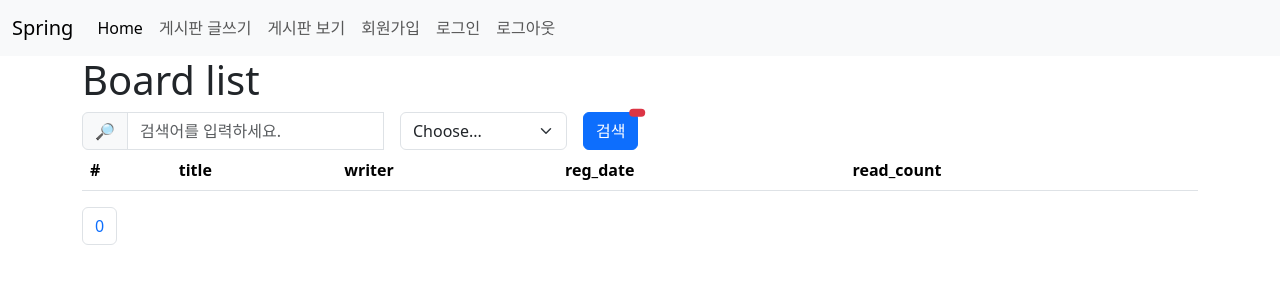
Repository: kimnoanoa/springTest240430
Page: http://localhost/spring_study/WEB-INF/views/board/list.jsp
An editor plug-in stored every save of this project. The page is shown before and after the next save, followed by the edit.
The browser window is 1280 px wide. The pictures show the whole page.
The page is served by Tomcat 9. Nobody is signed in. The template is opened directly, without the code that normally fills it, so the values that code supplies are empty.

Above is the page before, as saved 2024-04-25 03:45:19.

### spring_study/src/main/webapp/WEB-INF/views/board/list.jsp
<%@ page language="java" contentType="text/html; charset=UTF-8"
    pageEncoding="UTF-8"%>
  <%@ taglib uri="http://java.sun.com/jsp/jstl/core" prefix="c" %>

<jsp:include page="../layout/header.jsp"></jsp:include>
<div class="container-md">
	<h1>Board list</h1>
	<!-- 검색 -->
	<form action="/board/list" method="get" class="row row-cols-lg-auto g-3 align-items-center">
  <div class="col-12">
    <label class="visually-hidden" for="inlineFormInputGroupUsername">Username</label>
    <div class="input-group">
      <div class="input-group-text">🔎</div>
      <input type="text" value="${ph.pgvo.keyword}" name="keyword" class="form-control" id="inlineFormInputGroupUsername" placeholder="검색어를 입력하세요.">
      <input type="hidden" name="pageNo" value="1">
      <input type="hidden" name="qty" value="10">
    </div>
  </div>

  <div class="col-12">
    <label class="visually-hidden" for="inlineFormSelectPref">Preference</label>
    <select class="form-select" name="type" id="inlineFormSelectPref">
      <option ${ph.pgvo.type ==null? 'selected':'' } selected>Choose...</option>
      <option value="t" ${ph.pgvo.type eq 't'? 'selected':'' }>Title</option>
      <option value="w" ${ph.pgvo.type eq 'w'? 'selected':'' }>Writer</option>
      <option value="c" ${ph.pgvo.type eq 'c'? 'selected':'' }>Content</option>
      <option value="tc" ${ph.pgvo.type eq 'tc'? 'selected':'' }>title&Content</option>
      <option value="wc" ${ph.pgvo.type eq 'wc'? 'selected':'' }>writer&Content</option>
      <option value="tw" ${ph.pgvo.type eq 'tw'? 'selected':'' }>title&writer</option>
      <option value="twc" ${ph.pgvo.type eq 'twc'? 'selected':'' }>All</option>
    </select>
  </div>

  <div class="col-12">
    <button type="submit" class="btn btn-primary position-relative" >검색
  	<span class="position-absolute top-0 start-100 translate-middle badge rounded-pill bg-danger">
    ${ph.totalCount}
    <span class="visually-hidden">unread messages</span>
  </span>
</button>
    <!-- ${ph.totalCount} -->
  </div>
</form>

	<table class="table table-hover">
		<thead>
			<tr>
				<th>#</th>
				<th>title</th>
				<th>writer</th>
				<th>reg_date</th>
				<th>read_count</th>
			</tr>
		</thead>
		<tbody>
			<c:forEach items="${list }" var="bvo">
			<tr>
				<td>${bvo.bno }</td>
				<td><a href="/board/detail?bno=${bvo.bno}">${bvo.title }</a></td>
				<td>${bvo.writer }</td>
				<td>${bvo.reg_date }</td>
				<td>${bvo.read_count }</td>
			</tr>
			</c:forEach>
		</tbody>
	</table>

	<!-- 페이지네이션 -->
	<nav aria-label="Page navigation example">
  <ul class="pagination">
 	<c:if test="${ph.prev }">
    <li class="page-item">
      <a class="page-link" href="/board/list?pageNo=${ph.startPage-1 }&qty=${ph.pgvo.qty}&type=${ph.pgvo.type}&keyword=${ph.pgvo.keyword}" aria-label="Previous">
        <span aria-hidden="true">&laquo;</span>
      </a>
    </li>
 </c:if>
<c:forEach begin="${ph.startPage }" end="${ph.endPage }" var="i">
    <li class="page-item"><a class="page-link" href="/board/list?pageNo=${i }&qty=${ph.pgvo.qty}&type=${ph.pgvo.type}&keyword=${ph.pgvo.keyword}">${i }</a></li>
    </c:forEach>

	<c:if test="${ph.next }">
    <li class="page-item">
      <a class="page-link" href="/board/list?pageNo=${ph.endPage+1 }&qty=${ph.pgvo.qty}&type=${ph.pgvo.type}&keyword=${ph.pgvo.keyword}" aria-label="Next">
        <span aria-hidden="true">&raquo;</span>
      </a>
    </li>
    </c:if>
  </ul>
</nav>
</div>
<jsp:include page="../layout/footer.jsp"></jsp:include>

### spring_study/src/main/webapp/WEB-INF/views/layout/header.jsp
<%@ page language="java" contentType="text/html; charset=UTF-8"
    pageEncoding="UTF-8"%>
<!DOCTYPE html>
<html>
<head>
<meta charset="UTF-8">
<title>header.jsp</title>
</head>
<link href="https://cdn.jsdelivr.net/npm/bootstrap@5.3.3/dist/css/bootstrap.min.css" rel="stylesheet" integrity="sha384-QWTKZyjpPEjISv5WaRU9OFeRpok6YctnYmDr5pNlyT2bRjXh0JMhjY6hW+ALEwIH" crossorigin="anonymous">
<script src="https://cdn.jsdelivr.net/npm/bootstrap@5.3.3/dist/js/bootstrap.bundle.min.js" integrity="sha384-YvpcrYf0tY3lHB60NNkmXc5s9fDVZLESaAA55NDzOxhy9GkcIdslK1eN7N6jIeHz" crossorigin="anonymous"></script>
<body>
<nav class="navbar navbar-expand-lg bg-body-tertiary">
  <div class="container-fluid">
    <a class="navbar-brand" href="#">Spring</a>
    <button class="navbar-toggler" type="button" data-bs-toggle="collapse" data-bs-target="#navbarSupportedContent" aria-controls="navbarSupportedContent" aria-expanded="false" aria-label="Toggle navigation">
      <span class="navbar-toggler-icon"></span>
    </button>
    <div class="collapse navbar-collapse" id="navbarSupportedContent">
      <ul class="navbar-nav me-auto mb-2 mb-lg-0">
        <li class="nav-item">
          <a class="nav-link active" aria-current="page" href="#">Home</a>
        </li>
        <li class="nav-item">
          <a class="nav-link" href="/board/register">게시판 글쓰기</a>
        </li>
        <li class="nav-item">
          <a class="nav-link" href="/board/list">게시판 보기</a>
        </li>
        <li class="nav-item">
          <a class="nav-link" href="#">회원가입</a>
        </li>
        <li class="nav-item">
          <a class="nav-link" href="#">로그인</a>
        </li>
        <li class="nav-item">
          <a class="nav-link" href="#">로그아웃</a>
        </li>
        </ul>
    </div>
  </div>
</nav>

### spring_study/src/main/webapp/WEB-INF/views/layout/footer.jsp
<%@ page language="java" contentType="text/html; charset=UTF-8"
    pageEncoding="UTF-8"%>
<div>
<!-- 2024 Spring Project -->
</div>
</body>
</html>

After the next save:
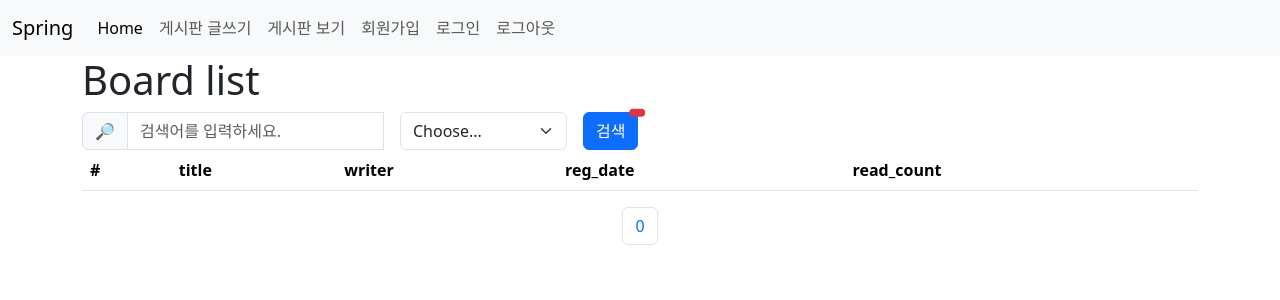
Saved 7 min 54 s later.
--- a/spring_study/src/main/webapp/WEB-INF/views/board/list.jsp
+++ b/spring_study/src/main/webapp/WEB-INF/views/board/list.jsp
@@ -67,7 +67,7 @@
 
 	<!-- 페이지네이션 -->
 	<nav aria-label="Page navigation example">
-  <ul class="pagination">
+  <ul class="pagination justify-content-center">
  	<c:if test="${ph.prev }">
     <li class="page-item">
       <a class="page-link" href="/board/list?pageNo=${ph.startPage-1 }&qty=${ph.pgvo.qty}&type=${ph.pgvo.type}&keyword=${ph.pgvo.keyword}" aria-label="Previous">
